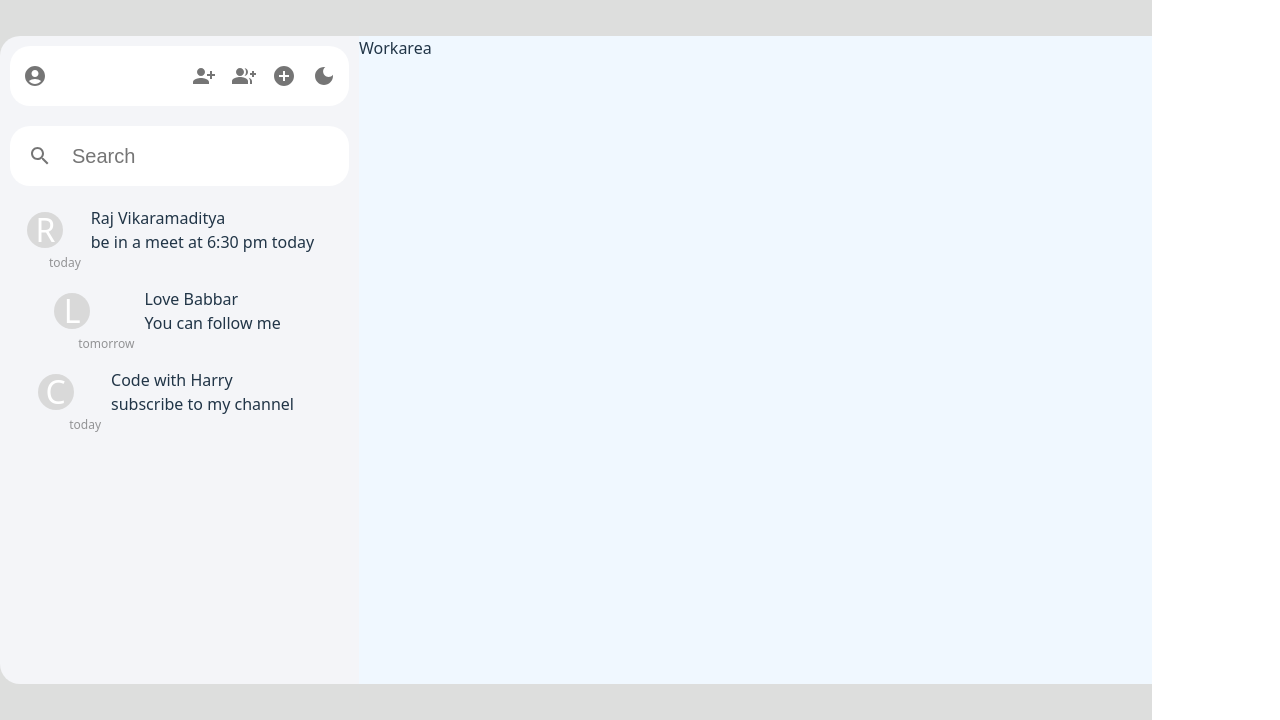
Repository: rahul-chakradhari/chat_app
Page: /
These files come from the project's save history. The page is drawn as it stood at one moment and after the next save; the edit follows.
The browser window is 1280 px wide. The pictures show the whole page.
The project was rebuilt for these pictures with package versions that can differ from the ones it lists, and the page was loaded fresh each time.

Above is the page before, as saved 2025-02-27 15:25:13.

### index.html
<!DOCTYPE html>
<html lang="en">
  <head>
    <meta charset="UTF-8" />
    <link rel="icon" href="./live-chat.png" />

    <meta name="viewport" content="width=device-width, initial-scale=1.0" />
    <title>Vite + React</title>
  </head>
  <body>
    <div id="root"></div>
    <script type="module" src="/src/main.jsx"></script>
  </body>
</html>

### src/App.jsx
import "./App.css";
import Maincontainer from "./components/Maincontainer";

function App() {
  return (
    <div className="App">
      <Maincontainer />
    </div>
  );
}

export default App;

### src/App.css
* {
  margin: 0;
}
.App {
  background-color: #dddedd;
  min-height: 100vh;
  display: flex;
  justify-content: center;
  align-items: center;
}

### src/components/Maincontainer.jsx
import React from "react";
import "./Mystyles.css";
import Sidebar from "./Sidebar";
import Workarea from "./Workarea";
const Maincontainer = () => {
  return (
    <div className="main">
      <Sidebar />
      <Workarea />
    </div>
  );
};

export default Maincontainer;

### src/components/Mystyles.css
.main {
  background-color: #f4f5f8;
  height: 90vh;
  width: 90vw;
  display: flex;
  border-radius: 20px;
}
.side {
  flex: 0.3;
  display: flex;
  flex-direction: column;
}
.work {
  background-color: aliceblue;
  flex: 0.7;
}
.headers {
  background-color: white;
  border-radius: 20px;
  padding: 10px 5px;
  margin: 10px;
  display: flex;
  justify-content: space-between;
}
.search {
  background-color: white;
  border-radius: 20px;
  padding: 10px 10px;
  margin: 10px;
  display: flex;
  align-items: center;
}
.box {
  outline-width: 0;
  border: none;
  font-size: 1.25rem;
  margin-left: 10px;
}
.conver {
  background-color: white;
  border-radius: 20px;
  padding: 10px 5px;
  margin: 10px;
  flex: 1;
}
.conversationitem {
  display: grid;
  grid-template-columns: auto auto;
  grid-template-rows: auto auto;
  column-gap: 10px;
  padding: 5px;
  margin: 5px;
  border-radius: 20px;
}
.icon {
  grid-area: 1/1/3/2;
  display: flex;
  justify-content: center;
  align-items: center;
  background-color: #d9d9d9;
  font-size: 2rem;
  color: white;
  height: 32px;
  width: 32px;
  padding: 2px;
  border-radius: 50%;
  justify-self: center;
  align-self: center;
}
.title {
  grid-area: 1/2/2/4;
  font-weight: bold;
  color: rgba(0, 0, 0, 0.4);
}
.time {
  justify-self: flex-end;
  font-size: 0.75rem;
  color: rgba(0, 0, 0, 0.4);
}
.message {
  font-size: 0.5 rem;
}

### src/components/Sidebar.jsx
import React, { useState } from "react";
import AccountCircleIcon from "@mui/icons-material/AccountCircle";
import PersonAddAlt1Icon from "@mui/icons-material/PersonAddAlt1";
import GroupAddIcon from "@mui/icons-material/GroupAdd";
import AddCircleIcon from "@mui/icons-material/AddCircle";
import DarkModeIcon from "@mui/icons-material/DarkMode";
import SearchIcon from "@mui/icons-material/Search";
import Conversationitem from "./Conversationitem";
import "./Mystyles.css";
import { IconButton } from "@mui/material";

const Sidebar = () => {
  const [conversations, setConversations] = useState([
    {
      id: 1,
      name: "Raj Vikaramaditya",
      lastMessage: "be in a meet at 6:30 pm today",
      timeStamp: "today",
    },
    {
      id: 2,
      name: "Love Babbar",
      lastMessage: "You can follow me ",
      timeStamp: "tomorrow",
    },
    {
      id: 3,
      name: "Code with Harry",
      lastMessage: "subscribe to my channel",
      timeStamp: "today",
    },
  ]);

  return (
    <div className="side">
      <div className="headers">
        <div>
          <IconButton>
            <AccountCircleIcon />
          </IconButton>
        </div>
        <div>
          <IconButton>
            <PersonAddAlt1Icon />
          </IconButton>
          <IconButton>
            <GroupAddIcon />
          </IconButton>
          <IconButton>
            <AddCircleIcon />
          </IconButton>
          <IconButton>
            <DarkModeIcon />
          </IconButton>
        </div>
      </div>

      <div className="search">
        <IconButton>
          <SearchIcon />
        </IconButton>
        <input placeholder="Search" className="box" />
      </div>

      <div className="conversation">
        {conversations.map((conversation) => (
          <Conversationitem key={conversation.id} {...conversation} />
        ))}
      </div>
    </div>
  );
};

export default Sidebar;

### src/components/Workarea.jsx
import React from "react";
import "./Mystyles.css";
const Workarea = () => {
  return <div className="work">Workarea</div>;
};

export default Workarea;

### src/components/Conversationitem.jsx
import React from "react";

const Conversationitem = (props) => {
  return (
    <div className="conversationitem">
      <p className="icon">{props.name[0]}</p>
      <p className="name">{props.name}</p>
      <p className="messaage">{props.lastMessage}</p>
      <p className="time">{props.timeStamp}</p>
    </div>
  );
};

export default Conversationitem;

Loaded but not shown: src/main.jsx (common file); src/index.css (common file)

After the next save:
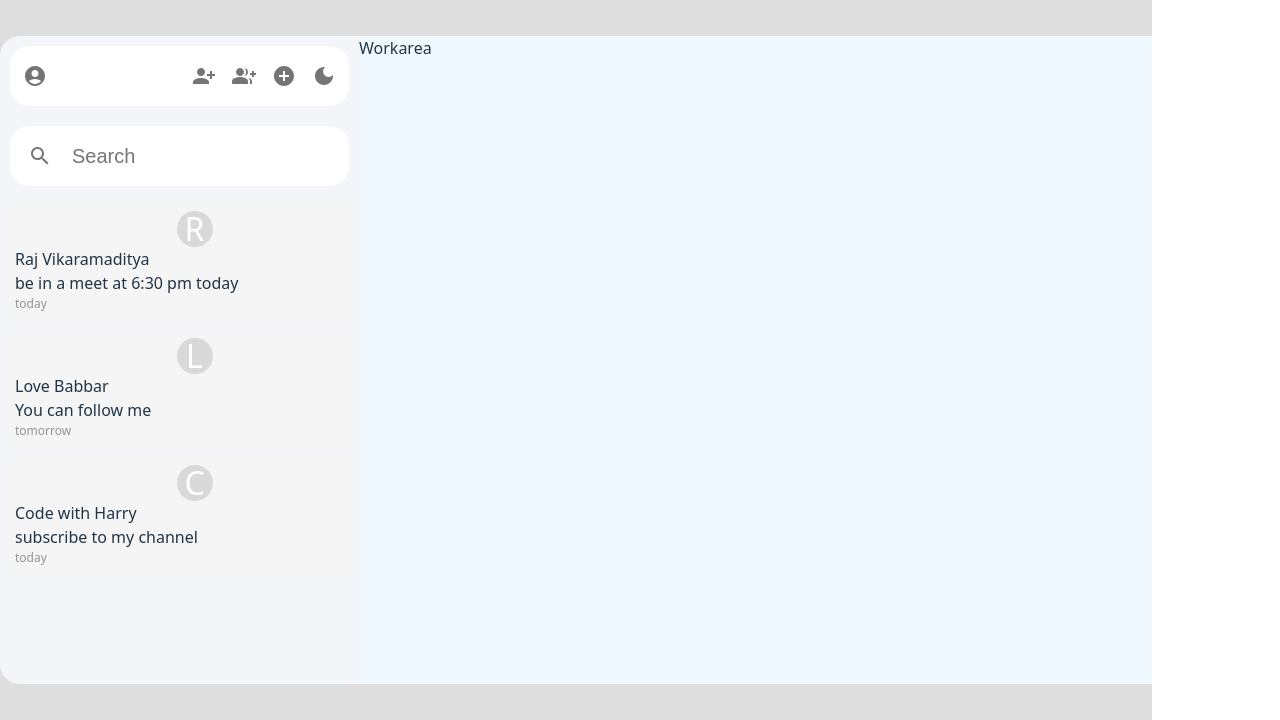
Saved 3 min 20 s later.
--- a/src/components/Mystyles.css
+++ b/src/components/Mystyles.css
@@ -44,14 +44,15 @@
   flex: 1;
 }
 .conversationitem {
-  display: grid;
-  grid-template-columns: auto auto;
-  grid-template-rows: auto auto;
-  column-gap: 10px;
-  padding: 5px;
+  display: flex;
+  flex-direction: column; /* Messages ko ek ke neeche ek set karega */
+  padding: 10px;
   margin: 5px;
   border-radius: 20px;
+  background-color: #f5f5f5; /* Light background for better visibility */
+  width: 100%; /* Full width */
 }
+
 .icon {
   grid-area: 1/1/3/2;
   display: flex;
